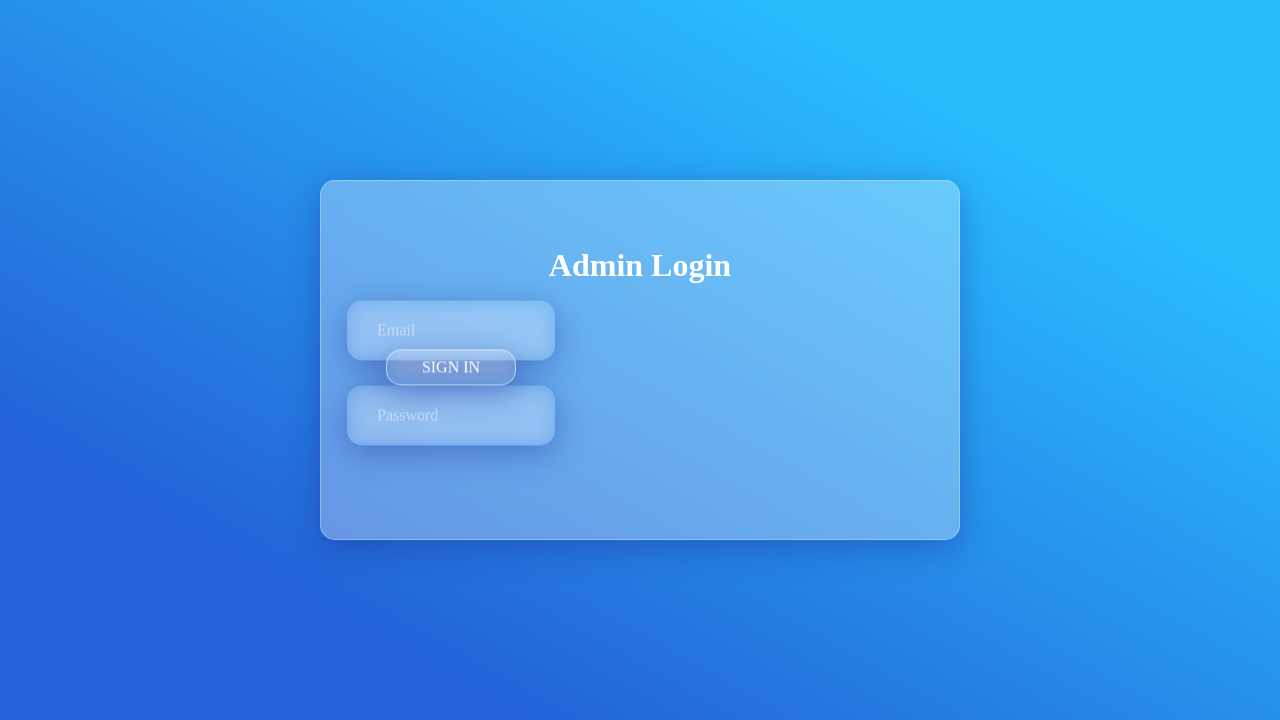
Repository: LEEYONGJUN3068/cms
Page: /login
These files come from the project's save history. The page is drawn as it stood at one moment and after the next save; the edit follows.
The browser window is 1280 px wide. The pictures show the whole page.
The page's requests for data from a server got no answer. The project was rebuilt for these pictures with package versions that can differ from the ones it lists, and the page was loaded fresh each time. The framework's server and built-in components were replaced by stand-ins that run in the browser. No one was signed in, and anything a server would have sent is missing. Also part of the build but not shown: next.config.mjs.

Above is the page before, as saved 2025-09-23 15:08:38.

### src/app/layout.js
import { Geist, Geist_Mono } from "next/font/google";
import "./globals.css";
import AppLoader from "@/components/AppLoader";
import "../styles/globals.scss";

const geistSans = Geist({
  variable: "--font-geist-sans",
  subsets: ["latin"],
});

const geistMono = Geist_Mono({
  variable: "--font-geist-mono",
  subsets: ["latin"],
});

export const metadata = {
  title: "Create Next App",
  description: "Generated by create next app",
  stylesheets: [
    {
      rel: 'stylesheet',
      as: 'style',
      crossOrigin: 'anonymous',
      href: 'https://cdn.jsdelivr.net/gh/orioncactus/pretendard@v1.3.9/dist/web/static/pretendard.min.css',
    },
  ],
};

export default function RootLayout({ children }) {
  return (
    <html lang="ko">
      <body
        className={`${geistSans.variable} ${geistMono.variable} antialiased`}
      >
        <AppLoader>{children}</AppLoader>
      </body>
    </html>
  );
}

### src/app/login/page.jsx
'use client'
import { useState } from 'react'
import { supabase } from '@/lib/supabaseClient'
import { useRouter } from 'next/navigation'
import styles from './login.module.scss'

export default function Login() {
  const [email,setEmail] = useState('')
  const [password,setPassword] = useState('')
  const router = useRouter()

  const handleLogin = async (e) => {
    e.preventDefault()
    const { data, error } = await supabase.auth.signInWithPassword({ email, password })
    if (error) alert(error.message)
    else router.push('/dashboard')
  }

  return (
    <div className={styles.loginContainer}>
      <div className={styles.form}>
        <h2>Admin Login</h2>
        <form onSubmit={handleLogin}>
          <input
            type="email"
            placeholder="Email"
            value={email}
            onChange={(e)=>setEmail(e.target.value)}
            required
            name='id'
          />
          <input
            type="password"
            placeholder="Password"
            value={password}
            onChange={(e)=>setPassword(e.target.value)}
            required
            name='pw'
          />
          <button type="submit" className={styles.loginBtn}>SIGN IN</button>
        </form>
      </div>
    </div>
  )
}

### src/app/globals.css
@import "tailwindcss";

:root {
  --background: #ffffff;
  --foreground: #171717;
}

@theme inline {
  --color-background: var(--background);
  --color-foreground: var(--foreground);
  --font-sans: var(--font-geist-sans);
  --font-mono: var(--font-geist-mono);
}

@media (prefers-color-scheme: dark) {
  :root {
    --background: #0a0a0a;
    --foreground: #ededed;
  }
}

body {
  background: var(--background);
  color: var(--foreground);
  font-family: 'Pretendard';
}

### src/components/AppLoader.jsx
"use client";

import { useState, useEffect } from "react";
import dynamic from 'next/dynamic'; // dynamic import 추가

// LoadingScreen 컴포넌트를 dynamic으로 불러오고, ssr을 false로 설정합니다.
// 이렇게 하면 이 컴포넌트는 오직 브라우저에서만 렌더링됩니다.
const LoadingScreen = dynamic(() => import('./LoadingScreen'), { ssr: false });

const AppLoader = ({ children }) => {
  const [loading, setLoading] = useState(true);

  useEffect(() => {
    const isFirstVisit = sessionStorage.getItem("isFirstVisit");

    if (isFirstVisit) {
      setLoading(false);
    } else {
      sessionStorage.setItem("isFirstVisit", "false");
      setTimeout(() => {
        setLoading(false);
      }, 3000);
    }
  }, []);

  return loading ? <LoadingScreen /> : <>{children}</>;
};

export default AppLoader;

### src/styles/globals.scss
button{
    &:hover{
        cursor: pointer;
    }
}

### src/app/login/login.module.scss
.loginContainer{
    background: linear-gradient(to bottom left, #29bcfd 20%, #2362d7 80%);
    width: 100%;
    height: 100vh;

    .form{
        position: absolute;
        left: 50%;
        top: 50%;
        transform: translate(-50%, -50%);
        width: 50%;
        max-width: 960px;
        height: 50vh;
        max-height: 600px;
        background: rgba(255, 255, 255, 0.3);
        backdrop-filter: blur(10px);
        -webkit-backdrop-filter: blur(10px); /* Safari 브라우저 지원 */
        border: 1px solid rgba(255, 255, 255, 0.3);
        box-shadow: 0 8px 32px 0 rgba(31, 38, 135, 0.37);
        border-radius: 15px;
        padding: clamp(0px, 5vw, 60px) 0;
        color: white;

        h2{
            position: relative;
            top: 0;
            text-align: center;
            font-weight: bold;
            font-size: clamp(0px, 4vw, 32px);
        }

        input{
            width: 80%;
            height: clamp(0px, 5vh, 96px);
            backdrop-filter: blur(10px);
            -webkit-backdrop-filter: blur(10px); /* Safari 브라우저 지원 */
            box-shadow: 0 8px 32px 0 rgba(31, 38, 135, 0.37);
            border-radius: 15px;
            padding: 30px;
            color: white;
            margin-top: clamp(0px, 2vw, 38px);

            &:focus{
                outline: none;
            }
        }

        form{
            position: absolute;
            top: 50%;
            transform: translateY(-50%);
            display: flex;
            flex-direction: column;
            justify-content: center;
            align-items: center;
        }

        .loginBtn{
            position: absolute;
            left: 50%;
            bottom: clamp(0px, 5vw, 60px);
            transform: translateX(-50%);
            display: flex;
            align-items: center;
            justify-content: center;
            width: 50%;
            height: 5vh;
            backdrop-filter: blur(10px);
            -webkit-backdrop-filter: blur(10px); /* Safari 브라우저 지원 */
            border: 1px solid rgba(255, 255, 255, 0.6);
            box-shadow: 0 8px 32px 0 rgba(31, 38, 135, 0.37);
            border-radius: 15px;
            font-weight: 500;
            color: white;

            &:hover{
                background-color: #fff;
                color: #2362d7;
                transition: all 0.5s;
            }
        }
    }
}

### src/components/LoadingScreen.jsx
"use client";

// lottie-react에서 Player를 가져옵니다.
import { Player } from "@lottiefiles/react-lottie-player";

const LoadingScreen = () => {
  return (
    <div style={{
      position: 'fixed',
      top: 0,
      left: 0,
      width: '100%',
      height: '100%',
      backgroundColor: '#000',
      display: 'flex',
      flexDirection: 'column',
      justifyContent: 'center',
      alignItems: 'center',
      zIndex: 9999,
    }}>
        <p style={{
            fontSize: 'clamp(0px, 5vw, 32px)',
            fontWeight: 'bold',
        }}>
          포트폴리오 화면을 구성중입니다
        </p>
        <Player
          autoplay
          loop
          src="https://lottie.host/dfe9ce55-f0b7-4bb0-bcd2-241897b61dec/JhkEyDhSuU.json"
          style={{ width: 'clamp(0px, 50vw, 300px)', height: 'auto' }}
        />
    </div>
  );
};

export default LoadingScreen;

Loaded but not shown: src/lib/supabaseClient.js (common file)

After the next save:
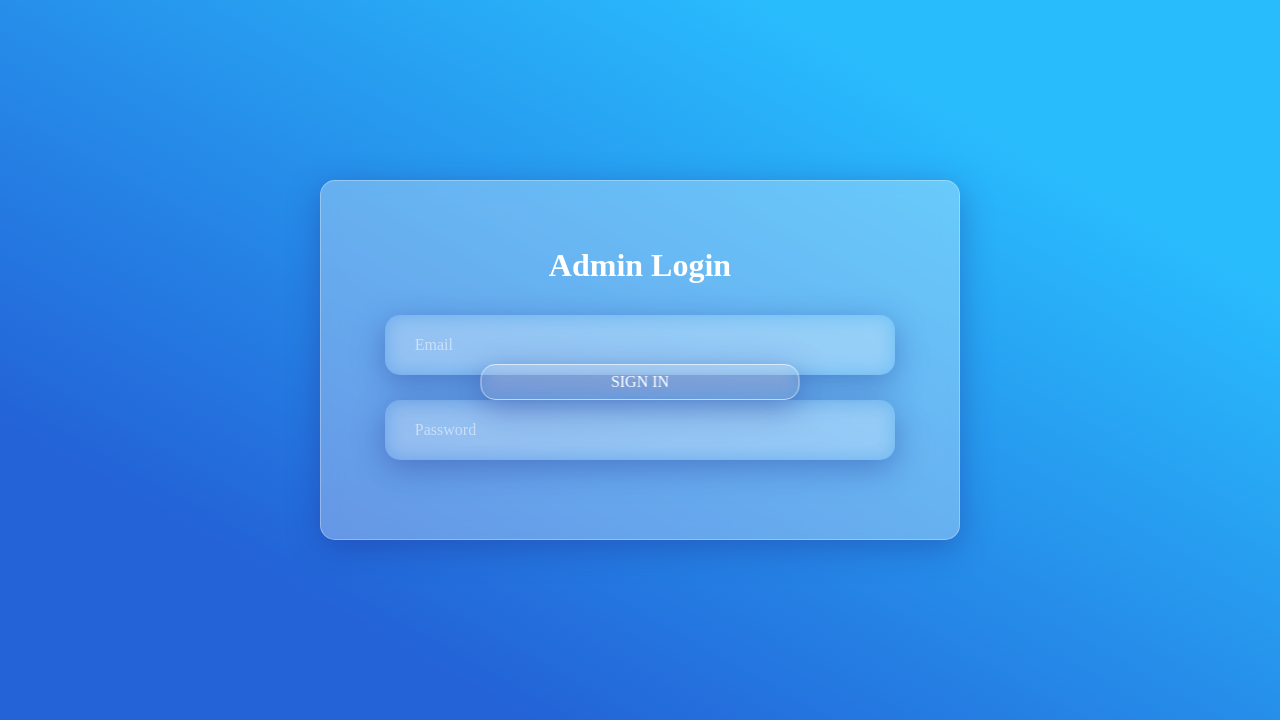
Saved 29 s later.
--- a/src/app/login/login.module.scss
+++ b/src/app/login/login.module.scss
@@ -46,9 +46,7 @@
         }
 
         form{
-            position: absolute;
-            top: 50%;
-            transform: translateY(-50%);
+            position: relative;
             display: flex;
             flex-direction: column;
             justify-content: center;
